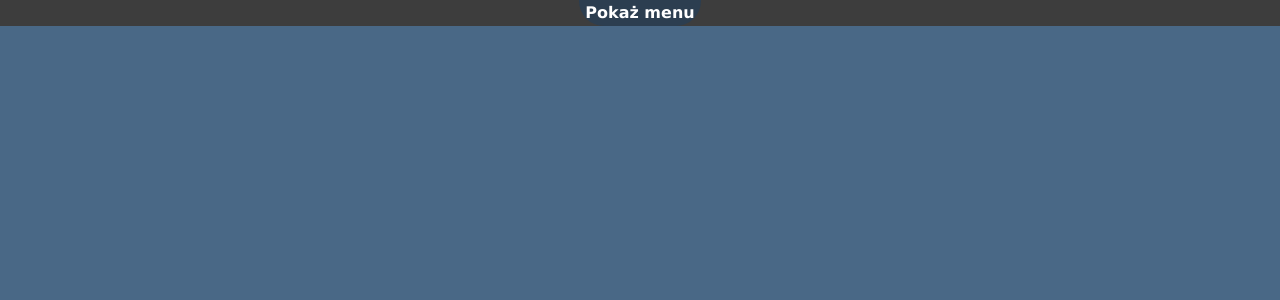
Repository: K4ziWolf/kazi
Page: /
An editor plug-in stored every save of this project. The page is shown before and after the next save, followed by the edit.
The browser window is 1280 px wide. The pictures show the whole page.
The project was rebuilt for these pictures with package versions that can differ from the ones it lists, and the page was loaded fresh each time. Also part of the build but not shown: vue.config.js, src/components/menu_screen.vue, src/components/login_screen.vue, src/components/option_screen.vue.

Above is the page before, as saved 2023-10-20 21:50:40.

After the next save:
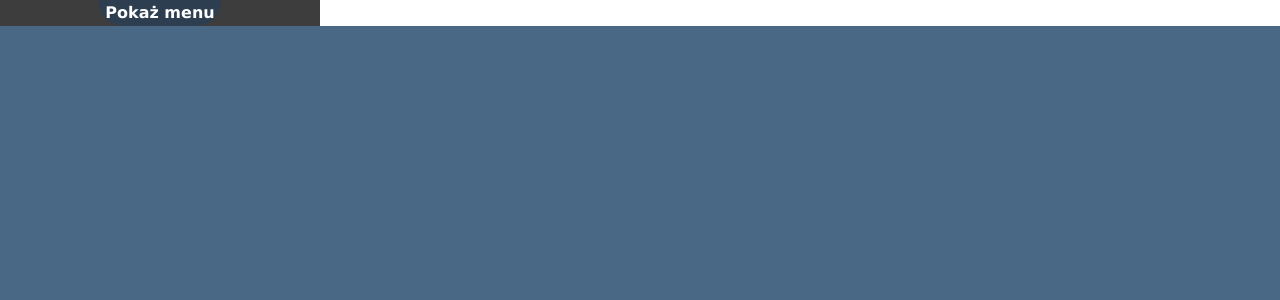
Saved 23 s later.
--- a/src/App.vue
+++ b/src/App.vue
@@ -1,7 +1,7 @@
 <template>
 <body>
   <section>
-  <div id="container">
+  <div id="container" class="col-md-3">
     <div class="d-flex flex-column text-white" style="background-color: rgb(61, 61, 61) !important">
     <div class="x-btn"><button class="xd-btn" v-bind:class="open_menu_button " @click="showMenuScreen" >Pokaż menu</button>
       <menu_screen v-if="isMenuScreenVisible" @hide-menu-screen="hideMenuScreen" @show-login-screen="showLoginScreen" @change-theme="changeTheme" @option-open="optionOpener">

After the save that followed:
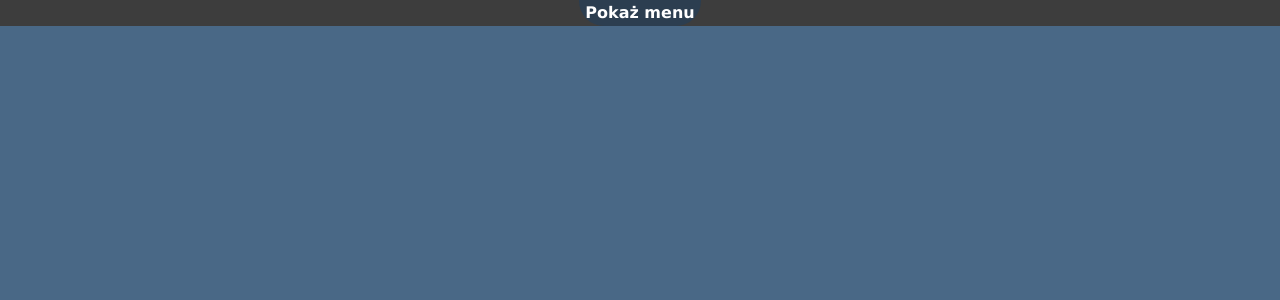
Saved 21 s later.
--- a/src/App.vue
+++ b/src/App.vue
@@ -1,7 +1,7 @@
 <template>
 <body>
   <section>
-  <div id="container" class="col-md-3">
+  <div id="container" class="col-md-12">
     <div class="d-flex flex-column text-white" style="background-color: rgb(61, 61, 61) !important">
     <div class="x-btn"><button class="xd-btn" v-bind:class="open_menu_button " @click="showMenuScreen" >Pokaż menu</button>
       <menu_screen v-if="isMenuScreenVisible" @hide-menu-screen="hideMenuScreen" @show-login-screen="showLoginScreen" @change-theme="changeTheme" @option-open="optionOpener">
